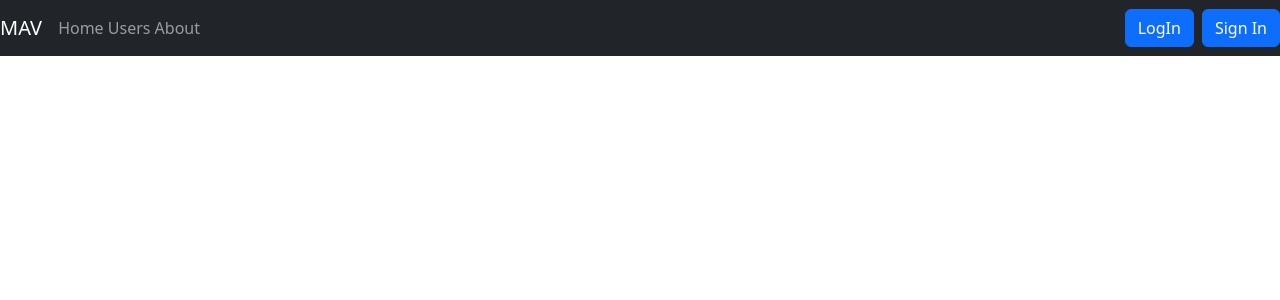
Repository: Dekabrist94/Bootstrap-First-Page
Page: /about
These files come from the project's save history. The page is drawn as it stood at one moment and after the next save; the edit follows.
The browser window is 1280 px wide. The pictures show the whole page.
The project was rebuilt for these pictures with package versions that can differ from the ones it lists, and the page was loaded fresh each time.

Above is the page before, as saved 2023-04-07 23:53:19.

After the next save:
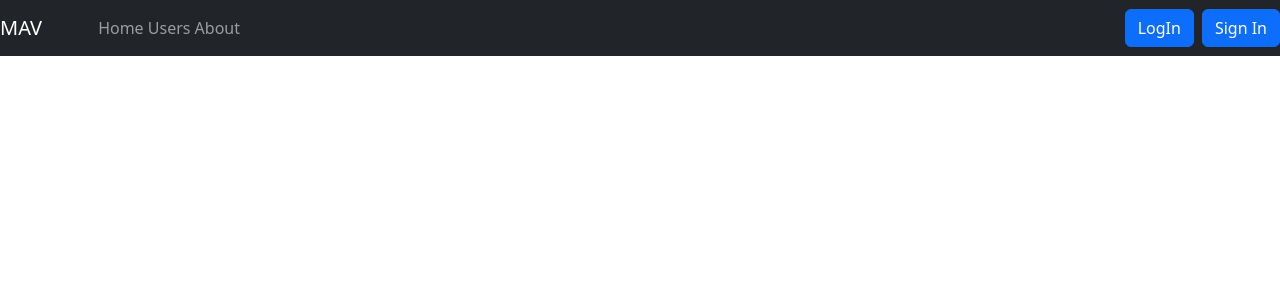
Saved 4 s later.
--- a/src/components/Navibar.js
+++ b/src/components/Navibar.js
@@ -5,7 +5,7 @@ export const Navibar = () => {
   return (
     <>
       <Navbar collapseOnSelect expand="lg" bg="dark" variant="dark">
-        <Navbar.Brand className="me-2">MAV</Navbar.Brand> {/*LOGO */}
+        <Navbar.Brand className="me-5">MAV</Navbar.Brand> {/*LOGO */}
         <Navbar.Toggle aria-controls="responsive-navbar-nav" /> {/* Svernut Menu */}
         <Navbar.Collapse id="responsive-navbar-nav">
           {/*Razvernut Menu */}
